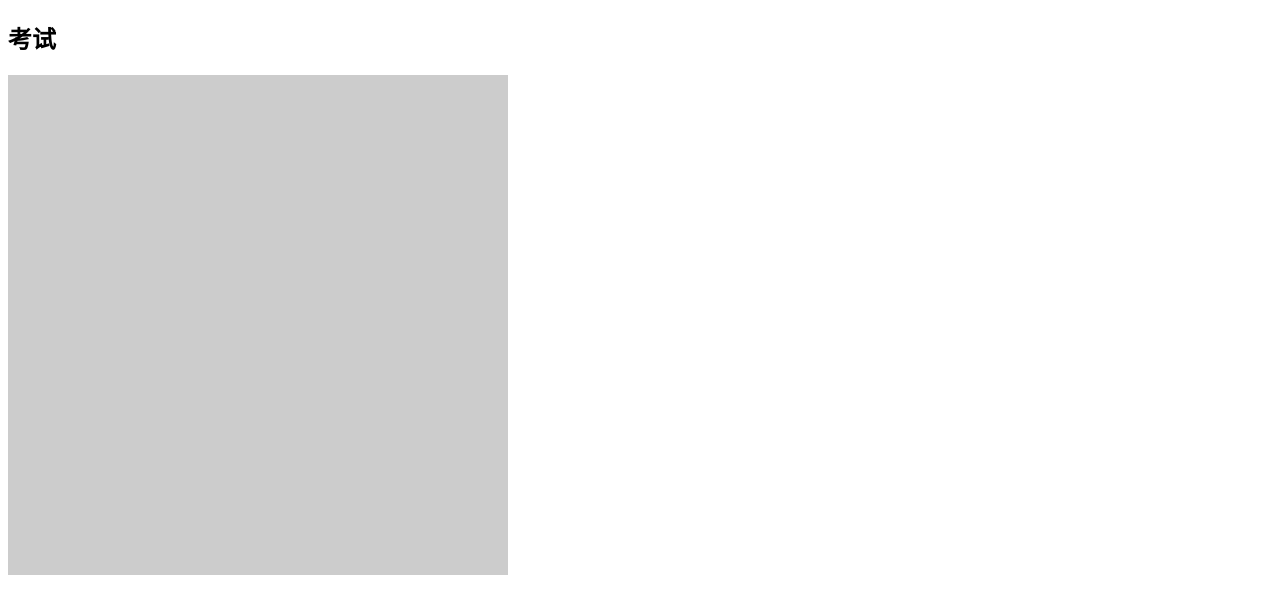
Repository: Sjl-2114/2006z
Page: / (app in B卷/vue-kaoshi/)
An editor plug-in stored every save of this project. The page is shown before and after the next save, followed by the edit.
The browser window is 1280 px wide. The pictures show the whole page.
The project was rebuilt for these pictures with package versions that can differ from the ones it lists, and the page was loaded fresh each time. Also part of the build but not shown: B卷/vue-kaoshi/src/views/T1.vue, B卷/vue-kaoshi/src/views/T2.vue.

Above is the page before, as saved 2021-04-29 16:44:11.

### B卷/vue-kaoshi/src/App.vue
<template>
  <div>
    <h2>考试</h2>
      <div class="left">

      </div>
      <div class="right">

      </div>
  </div>
</template>
<script>
export default {
  data() {
    return {

    }
  },
}
</script>
<style >
    .left{
    width: 500px;
      height: 500px;
      background: #ccc;
  }
</style>

### B卷/vue-kaoshi/src/router/index.js
import Vue from 'vue'
import VueRouter from 'vue-router'
import T1 from '../views/T1.vue'
import T2 from '../views/T2.vue'

Vue.use(VueRouter)

const routes = [
  {
    path: '/t1',
    component: T1
  },
  {
    path: '/t2',
    component: T2
  }
]

const router = new VueRouter({
  mode: 'history',
  base: process.env.BASE_URL,
  routes
})

export default router

Loaded but not shown: B卷/vue-kaoshi/public/index.html (common file); B卷/vue-kaoshi/src/main.js (common file)

After the next save:
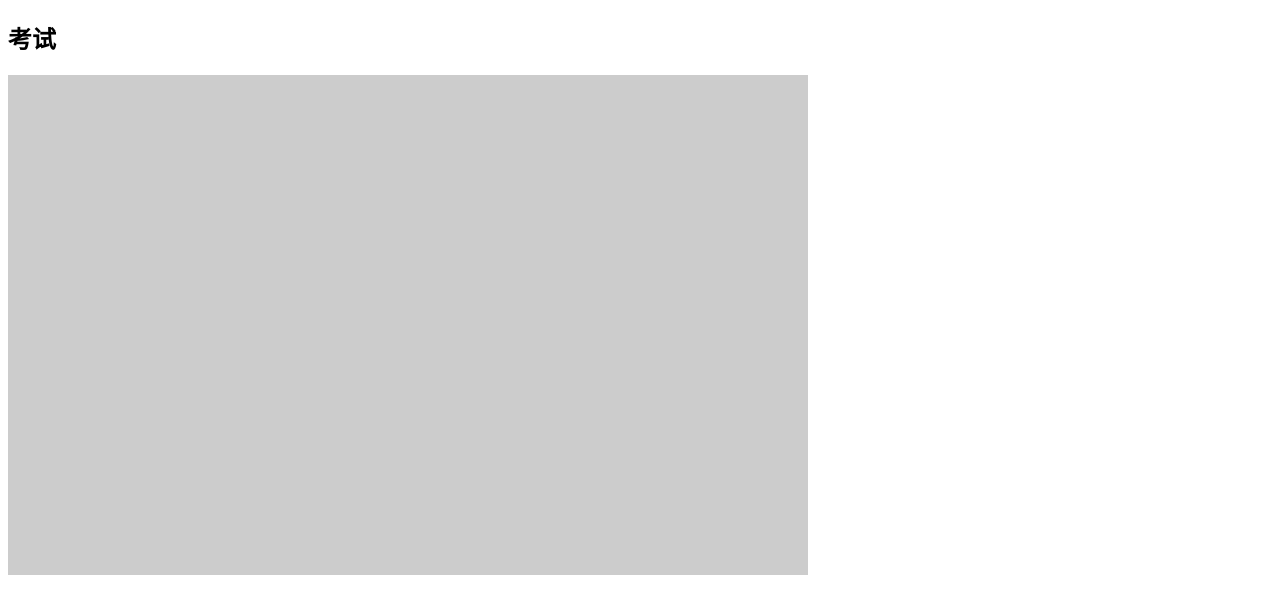
Saved 23 s later.
--- a/B卷/vue-kaoshi/src/App.vue
+++ b/B卷/vue-kaoshi/src/App.vue
@@ -20,7 +20,7 @@ export default {
 </script>
 <style >
     .left{
-    width: 500px;
+    width: 800px;
       height: 500px;
       background: #ccc;
   }
